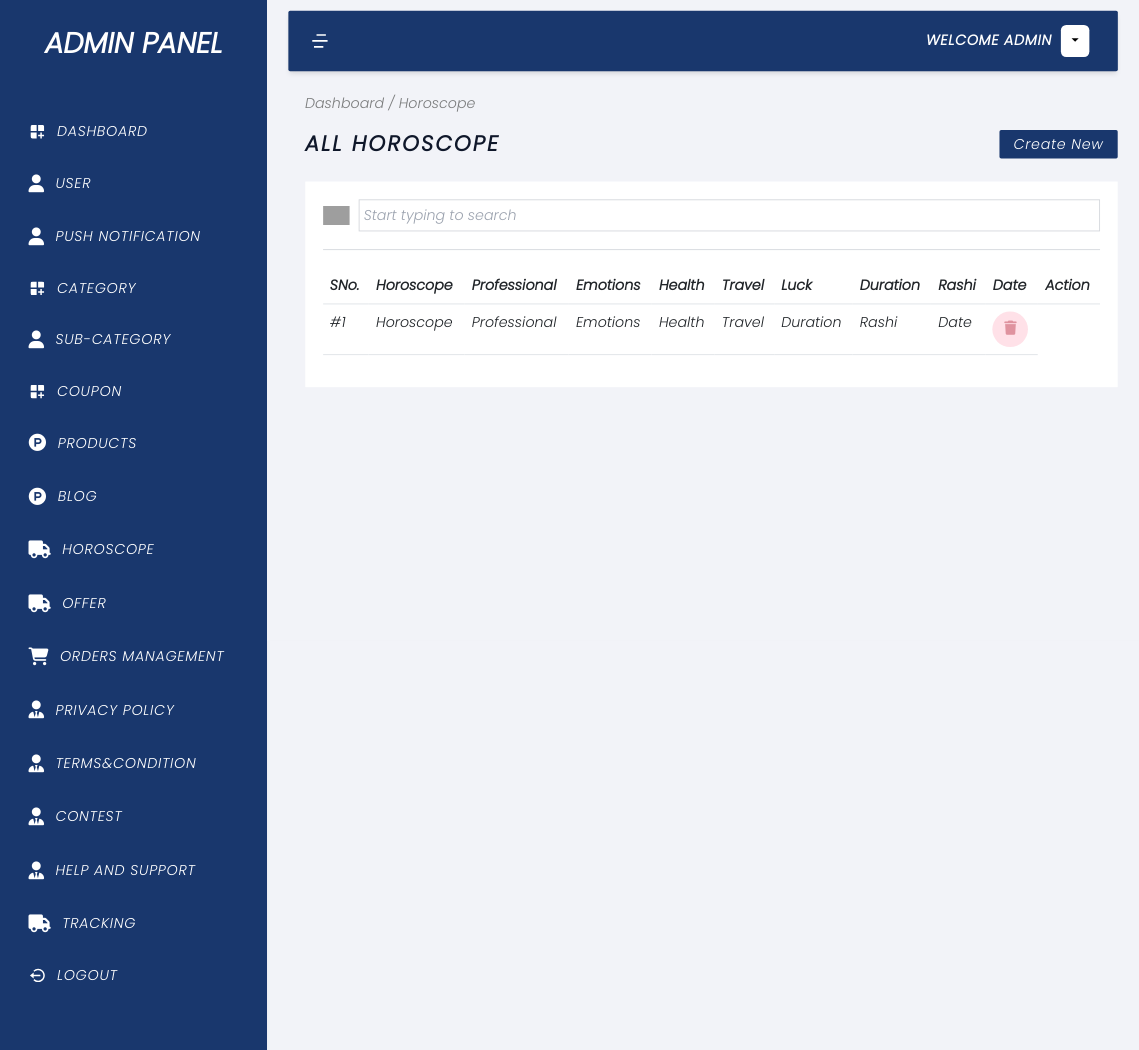
Repository: arpanmalik/project-khanna
Page: /VendorList
An editor plug-in stored every save of this project. The page is shown before and after a run of saves, followed by the edit.
The browser window is 1280 px wide. The pictures show the whole page, at 89% of full size.
Pictures or frames that could not be fetched are drawn as grey boxes. The page's requests for data from a server got no answer. Some web libraries are served in a nearby version. The project was rebuilt for these pictures with package versions that can differ from the ones it lists, and the page was loaded fresh each time. No one was signed in, and anything a server would have sent is missing. Also part of the build but not shown: src/E-CommerceAdmin/forms/Login.jsx, src/E-CommerceAdmin/pages/Dashboard.jsx, src/E-CommerceAdmin/pages/ECategory.js, src/E-CommerceAdmin/pages/EProduct.js, src/E-CommerceAdmin/pages/EAdminOrders.js, src/E-CommerceAdmin/pages/EAdminProduct.js, src/E-CommerceAdmin/pages/EAdminDelivery.js, src/E-CommerceAdmin/pages/EAdminCustomer.js and 11 more.

Above is the page before, as saved 2023-05-16 17:31:16.

### public/index.html
<!-- @format -->

<!DOCTYPE html>
<html lang="en">
  <head>
    <meta charset="utf-8" />
    <meta name="viewport" content="width=device-width, initial-scale=1" />
    <meta name="theme-color" content="#000000" />
    <meta
      name="description"
      content="Web site created using create-react-app"
    />
    <link rel="manifest" href="%PUBLIC_URL%/manifest.json" />
    <link rel="preconnect" href="https://fonts.googleapis.com">
<link rel="preconnect" href="https://fonts.gstatic.com" crossorigin>
<link href="https://fonts.googleapis.com/css2?family=Roboto+Mono:ital,wght@1,300&display=swap" rel="stylesheet">
    <title>Admin Panel</title>
  </head>
  <body>
    <noscript>You need to enable JavaScript to run this app.</noscript>
    <div id="root"></div>
    <script src="https://code.jquery.com/jquery-3.6.0.min.js"></script>
    <script src="https://kit.fontawesome.com/b533b351e4.js" crossorigin="anonymous"></script>
  </body>
</html>

### src/E-CommerceAdmin/pages/EVendorList.js
/** @format */
import axios from "axios";
import React, { useEffect, useState } from "react";
import { Alert, Badge, Button, Form, Modal, Table } from "react-bootstrap";
import { toast } from "react-toastify";
import HOC from "../layout/HOC";

const EVendorList = () => {
  const [data, setData] = useState([]);
  const [modalShow, setModalShow] = React.useState(false);

    // Pagination and Filter
    const [query, setQuery] = useState("");
    const [currentPage2, setCurrentPage2] = useState(1);
    const [postPerPage2] = useState(10);
    const lastPostIndex2 = currentPage2 * postPerPage2;
    const firstPostIndex2 = lastPostIndex2 - postPerPage2;

    let pages2 = [];

    const TotolData = query
      ? data?.filter(
          (i) =>
            i?.name?.toLowerCase().includes(query?.toLowerCase()) ||
            i?.email?.toLowerCase().includes(query?.toLowerCase())
        )
      : data;

    useEffect(() => {
      if (query) {
        setCurrentPage2(1);
      }
    }, [query]);

    const slicedData = TotolData?.slice(firstPostIndex2, lastPostIndex2);

    for (let i = 1; i <= Math.ceil(TotolData?.length / postPerPage2); i++) {
      pages2.push(i);
    }

    function Next() {
      setCurrentPage2(currentPage2 + 1);
    }

    function Prev() {
      if (currentPage2 !== 1) {
        setCurrentPage2(currentPage2 - 1);
      }
    }


  const fetchData = async () => {
    try {
      const { data } = await axios.get(
        "http://ec2-65-1-248-95.ap-south-1.compute.amazonaws.com:8886/api/user"
      );
      setData(data.users.filter((i) => i.role.includes("seller")));
    } catch (e) {
      console.log(e);
    }
  };

  useEffect(() => {
    fetchData();
  }, []);


  function MyVerticallyCenteredModal(props) {
    const [name, setName] = useState("");
    const [email, setEmail] = useState("");
    const [password, setPassword] = useState("");
    const [passwordConfirmation, setPasswordConfirmation] = useState("");
    const [phone, setPhone] = useState("");
    const [passwordError, setPasswordError] = useState(false);

    const postHandler = async (e) => {
      e.preventDefault();
      if (password === passwordConfirmation) {
        try {
          const { data } = await axios.post(
            "http://ec2-65-1-248-95.ap-south-1.compute.amazonaws.com:8886/api/auth/register",
            {
              name,
              username: name,
              email,
              password,
              passwordConfirmation,
              phone,
              role: "seller",
            }
          );
          toast.success(`${data?.user?.name} Created `);
          fetchData();
          props.onHide();
        } catch (e) {
          console.log(e);
          toast.error(e.response.data.message);
        }
      } else {
        setPasswordError(true);
      }
    };

    return (
      <Modal
        {...props}
        size="lg"
        aria-labelledby="contained-modal-title-vcenter"
        centered
      >
        <Modal.Header closeButton>
          <Modal.Title id="contained-modal-title-vcenter">
            Add Seller
          </Modal.Title>
        </Modal.Header>
        <Modal.Body>
          {passwordError ? (
            <Alert variant="danger">Passwords do not Match</Alert>
          ) : (
            ""
          )}
          <Form onSubmit={postHandler}>
            <Form.Group className="mb-3">
              <Form.Label>Name</Form.Label>
              <Form.Control
                type="text"
                required
                onChange={(e) => setName(e.target.value)}
              />
            </Form.Group>
            <Form.Group className="mb-3">
              <Form.Label>Email Address</Form.Label>
              <Form.Control
                type="email"
                required
                onChange={(e) => setEmail(e.target.value)}
              />
            </Form.Group>
            <Form.Group className="mb-3">
              <Form.Label>Phone Number</Form.Label>
              <Form.Control
                type="tel"
                pattern="[0-9]{10}"
                required
                onChange={(e) => setPhone(e.target.value)}
              />
            </Form.Group>
            <Form.Group className="mb-3">
              <Form.Label>Password</Form.Label>
              <Form.Control
                type="password"
                required
                onChange={(e) => setPassword(e.target.value)}
                minLength={8}
              />
            </Form.Group>
            <Form.Group className="mb-3">
              <Form.Label>Confirm Password</Form.Label>
              <Form.Control
                type="password"
                required
                onChange={(e) => setPasswordConfirmation(e.target.value)}
                minLength={8}
              />
            </Form.Group>
            <Button variant="outline-success" type="submit">
              Submit
            </Button>
          </Form>
        </Modal.Body>
        <Modal.Footer></Modal.Footer>
      </Modal>
    );
  }
  const deleteHandler = async (id) => {
    try {
      const { data } = await axios.delete(
        `http://ec2-65-1-248-95.ap-south-1.compute.amazonaws.com:8886/api/user/${id}`
      );
      toast.success(data.message);
      fetchData();
    } catch (e) {
      console.log(e);
    }
  };

  return (
    <>
      <MyVerticallyCenteredModal
        show={modalShow}
        onHide={() => setModalShow(false)}
      />

      <p className="headP">Dashboard / Horoscope</p>
      <div
        className="pb-4 sticky top-0  w-full flex justify-between items-center"
        style={{ width: "98%", marginLeft: "2%" }}
      >
        <span
          className="tracking-widest text-slate-900 font-semibold uppercase "
          style={{ fontSize: "1.5rem" }}
        >
          All Horoscope
        </span>
        <button
          onClick={() => {
            setModalShow(true);
          }}
          className="md:py-2 px-3 md:px-4 py-1 rounded-sm bg-[#19376d] text-white tracking-wider"
        >
          Create New
        </button>
      </div>

      <section className="sectionCont">
            <div className="filterBox">
              <img
                src="https://t4.ftcdn.net/jpg/01/41/97/61/360_F_141976137_kQrdYIvfn3e0RT1EWbZOmQciOKLMgCwG.jpg"
                alt=""
              />
              <input
                type="search"
                placeholder="Start typing to search"
              />
            </div>

            <div className="overFlowCont">
              <Table>
                <thead>
                  <tr>
                    <th>SNo.</th>
                    <th>Horoscope</th>
                    <th> Professional  </th>
                    <th>Emotions</th>
                    <th>Health  </th>
                    <th>Travel</th>
                    <th>Luck	</th>
                    <th>Duration</th>
                    <th>Rashi</th>
                    <th>Date</th>
                    <th>Action</th>
                  </tr>
                </thead>
                <tbody>
             <tr>
              <td>#1</td>
              <td> Horoscope </td>
              <td> Professional </td>
              <td>Emotions  </td>
              <td> Health </td>
              <td> Travel </td>
              <td> Duration </td>
              <td>Rashi  </td>
              <td>Date  </td>
              <td>
                <i className="fa-solid fa-trash" />
              </td>
             </tr>
                </tbody>
              </Table>
            </div>

      </section>
    </>
  );
};

export default HOC(EVendorList);

### src/E-CommerceAdmin/layout/HOC.jsx
/** @format */

import React, { useState } from "react";
import Navbar from "./Navbar";
import Sidebar from "./Sidebar";

const HOC = (Wcomponenet) => {
  return function Component() {
    const [hamb, setHamb] = useState(false);
    return (
      <>
        <section
          className="flex overflow-x-hidden relative "
          style={{ backgroundColor: "#f2f3f8" }}
        >
          {/* Sidebar */}
          <div
            className={
              hamb
                ? " absolute top-0 z-30 md:w-auto shadow-md bg-slate-200  w-60 transition-all md:-left-full left duration-150  h-auto overflow-y-auto  left-0 "
                : " md:w-72 z-30 bg-slate-200  shadow-md  md:static absolute top-0 -left-full   transition-all duration-150  overflow-y-auto h-auto"
            }
            style={{ minWidth: "300px" }}
          >
            <Sidebar hamb={hamb} setHamb={setHamb} />
          </div>
          {/* Components & Navbar */}
          <div
            className={
              hamb
                ? " transition-all px-4 py-2  duration-150 w-full h-screen"
                : " w-full h-screen  px-4 py-2   z-50 transition-all duration-150 "
            }
            style={{ backgroundColor: "#f2f3f8" }}
          >
            <Navbar hamb={hamb} setHamb={setHamb} />
            <div className="my-6 text-#000 h-[87%] wcomp overflow-y-auto">
              {" "}
              <Wcomponenet />
            </div>
          </div>
        </section>
      </>
    );
  };
};

export default HOC;

### src/E-CommerceAdmin/layout/Navbar.jsx
/** @format */
import { RiMenu4Line } from "react-icons/ri";
import Dropdown from "react-bootstrap/Dropdown";
import { UpdateProfile } from "../../Modals";
import { useState } from "react";
import { useNavigate } from "react-router-dom";
import { toast } from "react-toastify";

const Navbar = ({ hamb, setHamb }) => {
  const [modalShow, setModalShow] = useState(false);
  const navigate = useNavigate();

  function LogOut () {
    navigate('/')
    toast.success("Logged Out")
  }

  return (
    <>
      <UpdateProfile show={modalShow} onHide={() => setModalShow(false)} />
      <div
        className={
          hamb
            ? "flex  w-full justify-between  my-1 rounded-sm  p-4 py-3 shadow-md items-center  bg-slate-200 space-x-4"
            : "flex  w-full justify-between my-1 rounded-sm  p-4 py-3 shadow-md items-center  bg-slate-200 space-x-4"
        }
        style={{ backgroundColor: "#19376d" }}
      >
        <RiMenu4Line
          onClick={() => setHamb(!hamb)}
          className="text-2xl font-bold text-gray-900 hover:scale-90 cursor-pointer"
          style={{ color: "#fff" }}
        />

        <section className="flex sm:ml-auto justify-end sm:w-full items-center space-x-2  pr-2">
          <figcaption
            className="tracking-wider pl-1 font-semibold d-flex"
            style={{ gap: "10px", alignItems: "center" }}
          >
            <div
              className="lg:text-base text-sm text-gray-900  uppercase"
              style={{ color: "#fff" }}
            >
              Welcome Admin
            </div>
            <Dropdown>
              <Dropdown.Toggle id="dropdown-basic"></Dropdown.Toggle>

              <Dropdown.Menu>
                <Dropdown.Item onClick={() => setModalShow(true)}>
                  Update Profile <i className="fa-solid fa-user"></i>{" "}
                </Dropdown.Item>
                <Dropdown.Item onClick={() => LogOut()} >
                  Logout <i className="fa-solid fa-right-from-bracket"></i>{" "}
                </Dropdown.Item>
              </Dropdown.Menu>
            </Dropdown>
          </figcaption>
        </section>
      </div>
    </>
  );
};

export default Navbar;

### src/E-CommerceAdmin/layout/Sidebar.jsx
/** @format */

import React from "react";
import { RiCloseLine } from "react-icons/ri";
import { Link, useNavigate } from "react-router-dom";
import { BiLogOutCircle } from "react-icons/bi";
import { MdDashboardCustomize } from "react-icons/md";

const Sidebar = ({ hamb, setHamb }) => {
  const navigate = useNavigate();

  const nav = [
    {
      icon: <MdDashboardCustomize className="text-xl mr-3 rounded-full " />,
      link: "/dashboard ",
      name: "Dashboard",
    },
    {
      icon: <i className="fa-solid fa-user text-xl mr-3 rounded-full"></i>,
      link: "/Admin",
      name: "User",
    },
    {
      icon: <i className="fa-solid fa-user text-xl mr-3 rounded-full"></i>,
      link: "/pushNotification",
      name: "Push Notification",
    },  {
      icon: <MdDashboardCustomize className="text-xl mr-3 rounded-full " />,
      link: "/Category",
      name: "Category",
    },

    {
      icon: <i className="fa-solid fa-user text-xl mr-3 rounded-full"></i>,
      link: "/sub-category",
      name: "Sub-Category",
    },

    {
      icon: <MdDashboardCustomize className="text-xl mr-3 rounded-full " />,
      link: "/coupon",
      name: "Coupon",
    },
    {
      icon: (
        <i className="fa-brands fa-product-hunt text-xl mr-3 rounded-full"></i>
      ),
      link: "/Product",
      name: "Products",
    },
    {
      icon: (
        <i className="fa-brands fa-product-hunt text-xl mr-3 rounded-full"></i>
      ),
      link: "/banner",
      name: "Blog",
    },



    // {
    //   icon: <MdDashboardCustomize className="text-xl mr-3 rounded-full " />,
    //   link: "/getMeThis",
    //   name: "Get Me This",
    // },
    {
      icon: <i className="fa-solid fa-truck  text-xl mr-3 rounded-full"></i>,
      link: "/VendorList",
      name: "Horoscope",
    },
    {
      icon: <i className="fa-solid fa-truck  text-xl mr-3 rounded-full"></i>,
      link: "/Support",
      name: "Offer",
    },

    {
      icon: (
        <i className="fa-solid fa-cart-shopping text-xl mr-3 rounded-full"></i>
      ),
      link: "/Orders",
      name: "Orders Management",
    },

    {
      icon: <i className="fa-solid fa-user-tie text-xl mr-3 rounded-full"></i>,
      link: "/privacy",
      name: "Privacy Policy",
    },
    {
      icon: <i className="fa-solid fa-user-tie text-xl mr-3 rounded-full"></i>,
      link: "/terms",
      name: "Terms&Condition",
    },
    {
      icon: <i className="fa-solid fa-user-tie text-xl mr-3 rounded-full"></i>,
      link: "/helpSupport",
      name: "Contest",
    },
    {
      icon: <i className="fa-solid fa-user-tie text-xl mr-3 rounded-full"></i>,
      link: "/complaints",
      name: "Help and Support",
    },
  ];

  const logOut = () => {
    localStorage.clear()
    navigate("/");
  };

  return (
    <>
      <aside
        className="p-4 h-auto"
        style={{ backgroundColor: "#19376d", minHeight: "100vh" }}
      >
        {/* Top */}
        <div className="w-full md:hidden relative  p-2 mb-4">
          <RiCloseLine
            onClick={() => setHamb(!hamb)}
            className="text-3xl  absolute top-2 sm:hover:rotate-[228deg] transition-transform font-bold right-2 sm:hover:text-[22px] text-[rgb(241,146,46)] cursor-pointer"
          />
        </div>{" "}
        <figure className="flex  flex-col items-center">
          <span
            className="font-bold text-[#fff]"
            style={{
              fontSize: "2rem",
              textAlign: "center",
              textTransform: "uppercase",
            }}
          >
            {" "}
            ADMIN PANEL
          </span>
        </figure>
        <nav className="py-6">
          {nav.map((nav) => {
            return (
              <Link
                to={nav.link}
                key={nav.name}
                className=""
                style={{ textDecoration: "none", textTransform: "uppercase" }}
              >
                <span
                  className="flex my-3 items-center cursor-pointer text-gray-900    tracking-wider p-2 rounded-sm"
                  style={{ color: "#FFF" }}
                >
                  {nav.icon} {nav.name}
                </span>
              </Link>
            );
          })}
          <span
            className="flex my-3 items-center cursor-pointer text-gray-900    tracking-wider p-2 rounded-sm"
            style={{ color: "#FFF", textTransform: "uppercase" }}
          >
           <i className="fa-solid fa-truck  text-xl mr-3 rounded-full"></i> Tracking
          </span>
          <span
            className="flex my-3 items-center cursor-pointer text-gray-900    tracking-wider p-2 rounded-sm"
            onClick={() => logOut()}
            style={{ color: "#FFF", textTransform: "uppercase" }}
          >
            <BiLogOutCircle className="text-xl mr-3 rounded-full " /> LogOut
          </span>

        </nav>
      </aside>
    </>
  );
};

export default Sidebar;

Loaded but not shown: tailwind.config.js (common file); src/App.js (71 lines, source omitted); src/Modals.js (41 lines, source omitted); src/index.js (15 lines, source omitted); src/index.css (501 lines, source omitted)

After the next 2 saves:
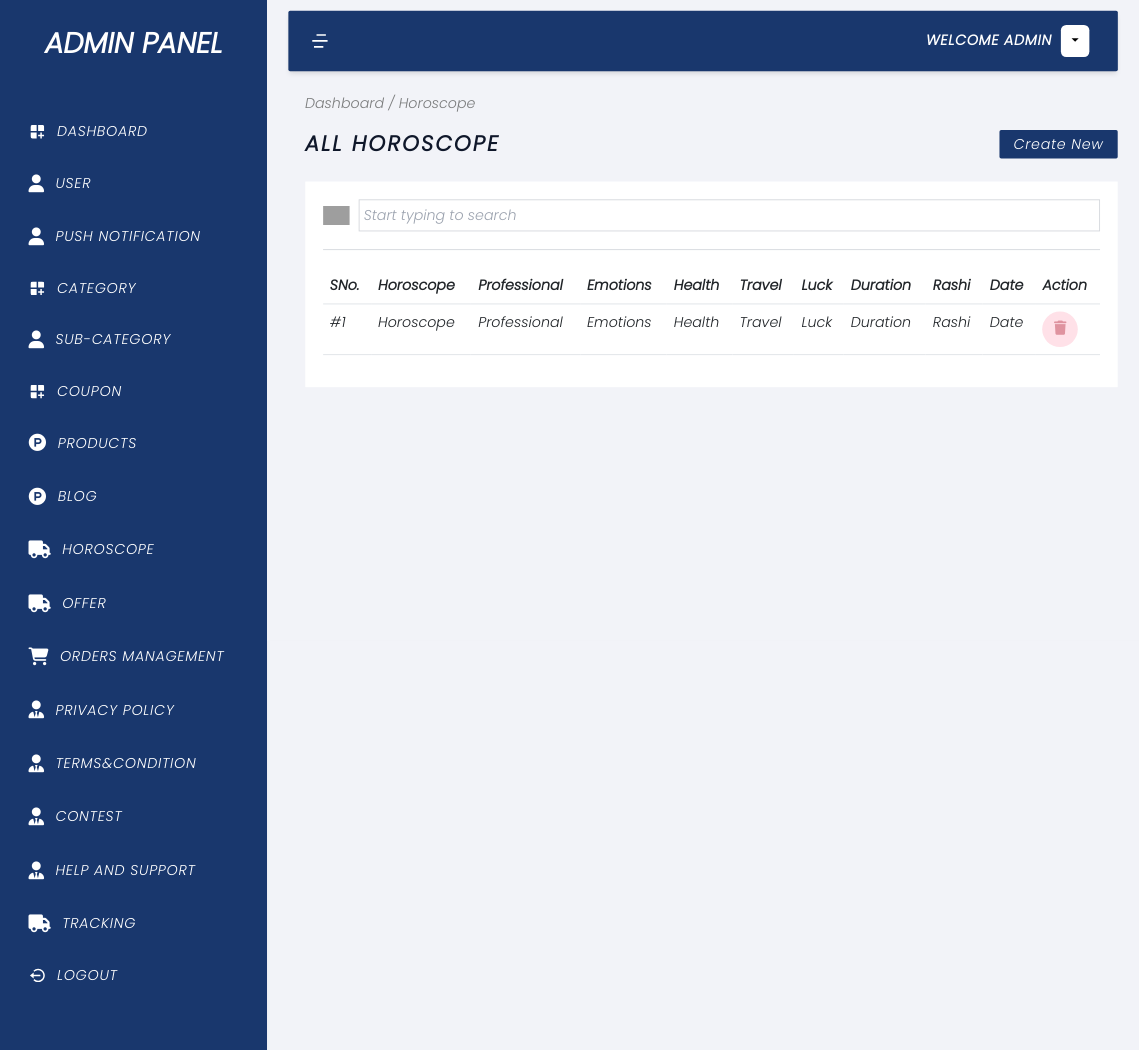
The 2 saves are shown as one change because they came seconds apart.
The last was saved 16 s later.
--- a/src/E-CommerceAdmin/pages/EVendorList.js
+++ b/src/E-CommerceAdmin/pages/EVendorList.js
@@ -249,6 +249,7 @@ const EVendorList = () => {
               <td>Emotions  </td>
               <td> Health </td>
               <td> Travel </td>
+              <td> Luck </td>
               <td> Duration </td>
               <td>Rashi  </td>
               <td>Date  </td>
